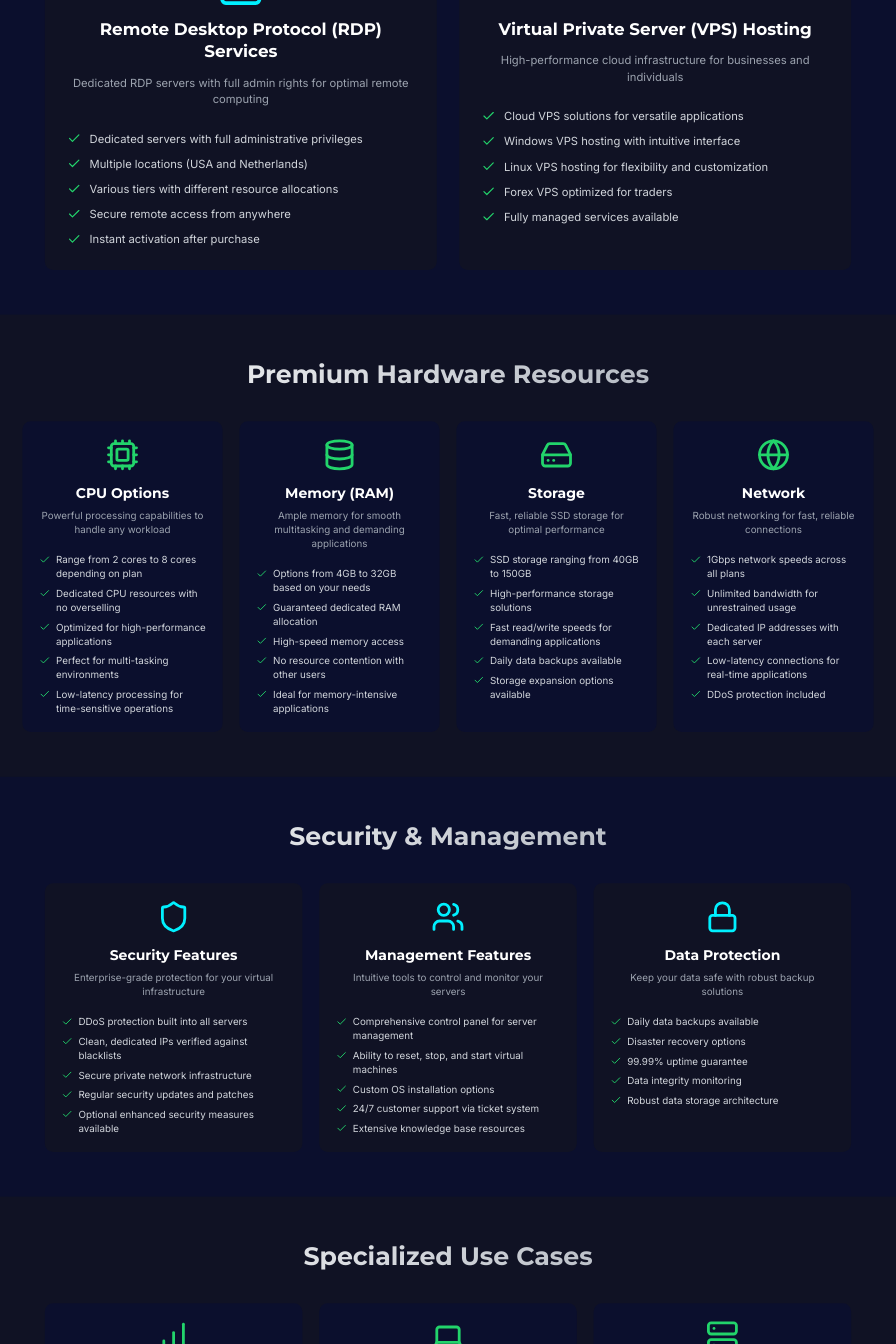
Repository: Husnainn01/stealthrdp2
Page: /features
An editor plug-in stored every save of this project. The page is shown before and after the next save, followed by the edit.
The browser window is 1280 px wide. The pictures show the part of the page from y = 694 to 2614 px (the page is 4273 px tall), at 70% of full size.
The project was rebuilt for these pictures with package versions that can differ from the ones it lists, and the page was loaded fresh each time. Also part of the build but not shown: vite.config.ts, src/components/ui/tooltip.tsx, src/pages/Index.tsx, src/components/ui/accordion.tsx, src/pages/FAQ.tsx, src/components/ui/card.tsx, src/pages/Plans.tsx, src/pages/NotFound.tsx.

Above is the page before, as saved 2025-05-05 02:10:52.

After the next save:
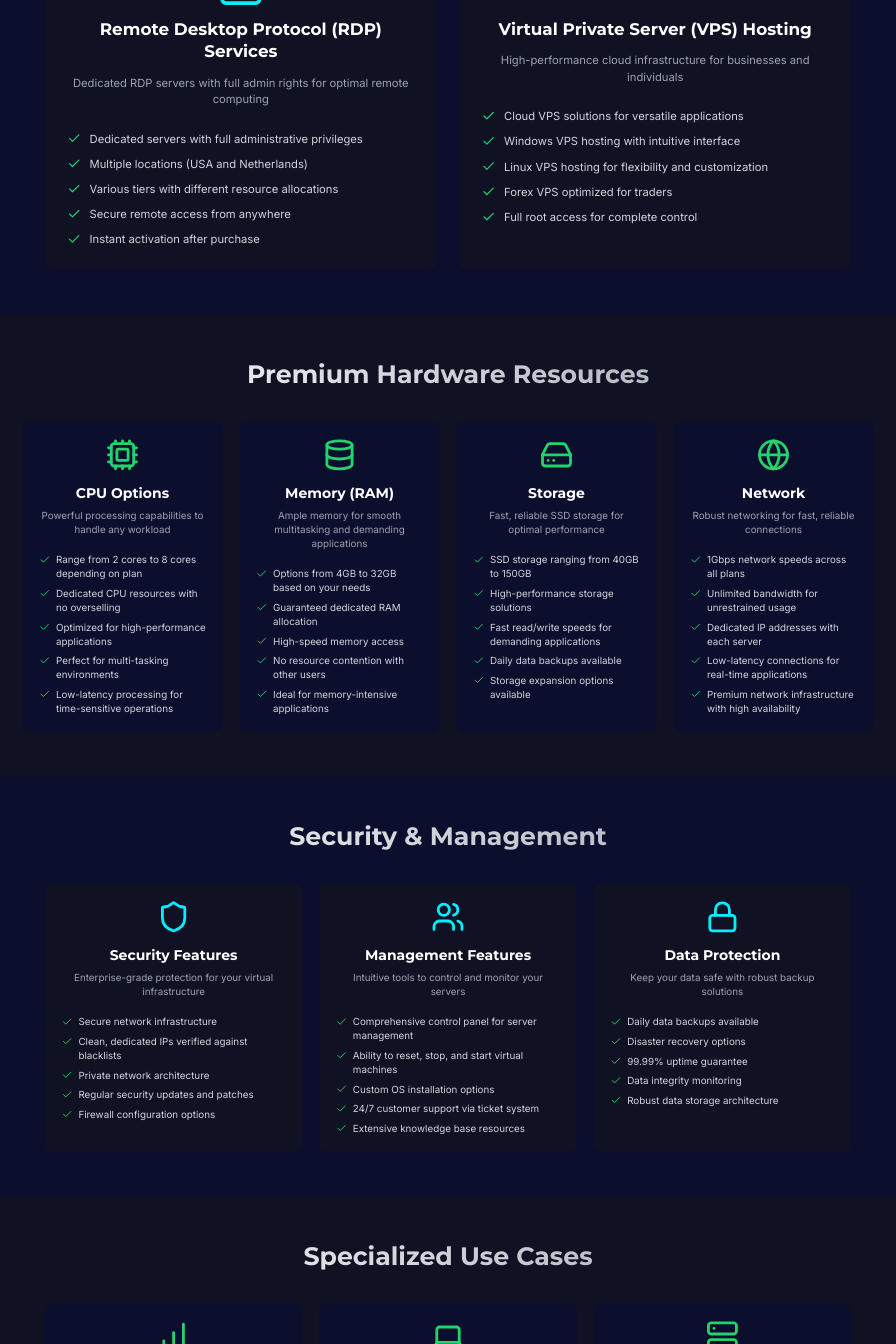
Saved 13 min 17 s later.
--- a/src/pages/Features.tsx
+++ b/src/pages/Features.tsx
@@ -26,7 +26,7 @@
         "Windows VPS hosting with intuitive interface",
         "Linux VPS hosting for flexibility and customization",
         "Forex VPS optimized for traders",
-        "Fully managed services available"
+        "Full root access for complete control"
       ]
     }
   ];
@@ -78,7 +78,7 @@
         "Unlimited bandwidth for unrestrained usage",
         "Dedicated IP addresses with each server",
         "Low-latency connections for real-time applications",
-        "DDoS protection included"
+        "Premium network infrastructure with high availability"
       ]
     }
   ];
@@ -90,11 +90,11 @@
       description: "Enterprise-grade protection for your virtual infrastructure",
       icon: <Shield className="h-12 w-12 text-electric mb-4" />,
       features: [
-        "DDoS protection built into all servers",
+        "Secure network infrastructure",
         "Clean, dedicated IPs verified against blacklists",
-        "Secure private network infrastructure",
+        "Private network architecture",
         "Regular security updates and patches",
-        "Optional enhanced security measures available"
+        "Firewall configuration options"
       ]
     },
     {
